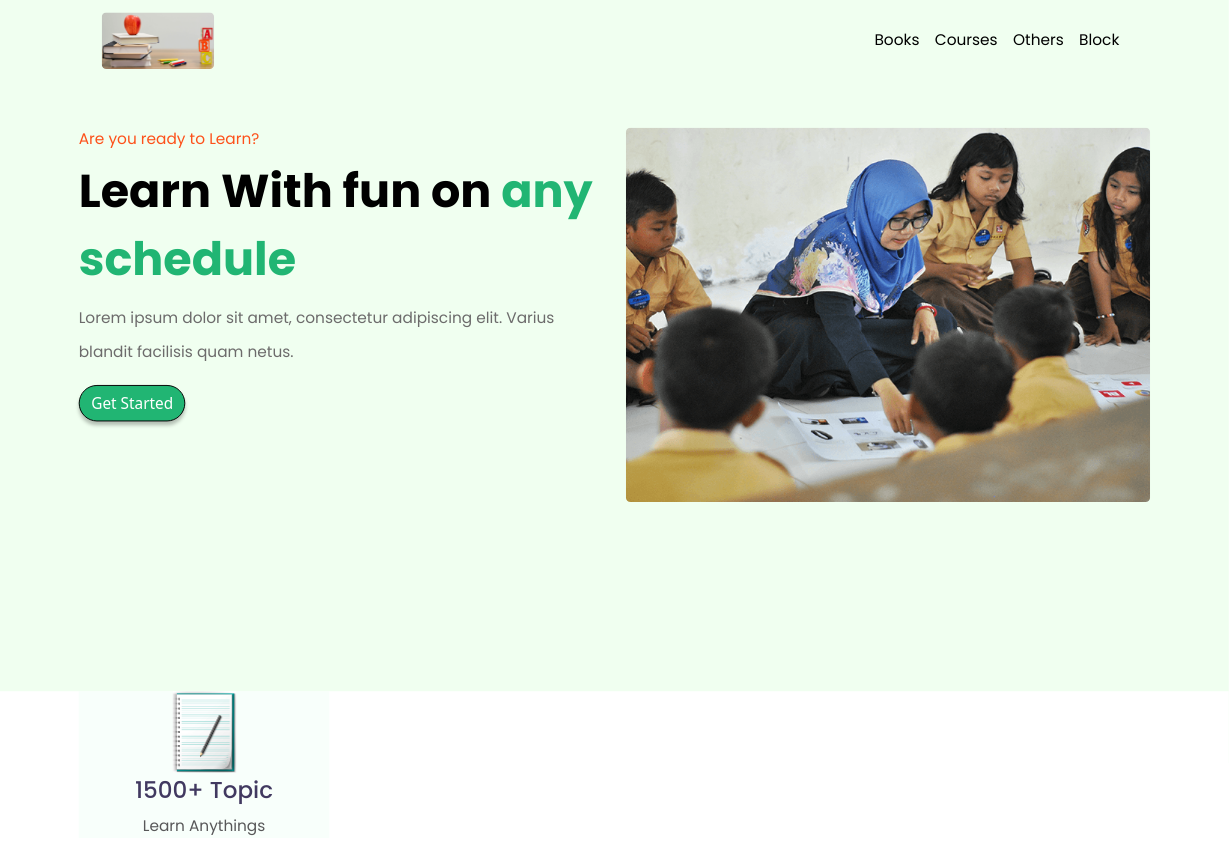
Repository: zjria/Figma-to-E-school
Page: index.html
An editor plug-in stored every save of this project. The page is shown before and after the next save, followed by the edit.
The browser window is 1280 px wide. The pictures show the whole page, at 96% of full size.
Some web libraries are served in a nearby version.

Above is the page before, as saved 2022-05-06 19:54:56.

### index.html
<!doctype html>
<html lang="en">
  <head>
    <!-- Required meta tags -->
    <meta charset="utf-8">
    <meta name="viewport" content="width=device-width, initial-scale=1">
    <title>E-School</title>

    <!-- Google Font family -->
    <link rel="preconnect" href="https://fonts.googleapis.com">
    <link rel="preconnect" href="https://fonts.gstatic.com" crossorigin>
    <link href="https://fonts.googleapis.com/css2?family=Poppins:wght@100;300;400;500;600;700;800;900&display=swap" rel="stylesheet">
    <!-- Bootstrap CSS -->
    <link href="https://cdn.jsdelivr.net/npm/bootstrap@5.0.2/dist/css/bootstrap.min.css" rel="stylesheet">
    <!-- Font awesome -->
    <link rel="stylesheet" href="https://cdnjs.cloudflare.com/ajax/libs/font-awesome/6.1.1/css/all.min.css">
    <!-- custom css -->
    <link rel="stylesheet" href="style.css">
  </head>
  <body>
    <section class="hero-section">
        <div class="container">
            <div class="row">
                <nav class="navbar navbar-expand-md navbar-light">
                    <div class="container-fluid">
                      <a class="navbar-brand" href="#"><img class="img-fluid rounded-3" src="images/logo.png" alt=""></a>
                      <button class="navbar-toggler" type="button" data-bs-toggle="collapse" data-bs-target="#navbarSupportedContent" aria-controls="navbarSupportedContent" aria-expanded="false" aria-label="Toggle navigation">
                        <span class="navbar-toggler-icon"></span>
                      </button>
                      <div class="collapse navbar-collapse" id="navbarSupportedContent">
                        <ul class="navbar-nav me-auto mb-2 mb-lg-0">
                          <li class="nav-item">
                            <a class="nav-link" href="#">Books</a>
                          </li>
                          <li class="nav-item">
                            <a class="nav-link" href="#">Courses</a>
                          </li>
                          <li class="nav-item">
                            <a class="nav-link" href="#">Others</a>
                          </li>
                          <li class="nav-item">
                            <a class="nav-link" href="#">Block</a>
                          </li>
                        </ul>

                      </div>
                    </div>
                  </nav>
            </div>
            <!-- Header Content Section -->
            <div class="row pt-5">
              <div class="col-md-6 hero-content">
                <h5>Are you ready to Learn?</h5>
                <h1>Learn With fun on <span>any schedule</span></h1>
                <p>Lorem ipsum dolor sit amet, consectetur adipiscing elit. Varius blandit facilisis quam netus.</p>
                <a href="" class="btn btn-custom">Get Started</a>
              </div>
              <div class="col-md-6">
                <img src="images/hero-img.png" class="img-fluid rounded-3" alt="">
              </div>
            </div>
        </div>
    </section>

     <!-- Feature -->
     <section class="feature">
      <div class="container">
        <div class="row">
          <div class="col-md-3">
            <div class="feature-content text-center">
              <img src="images/price-1.png" class="img-fluid" alt="">
              <h3>1500+ Topic</h3>
              <p>Learn Anythings</p>
            </div>
          </div>
          <div class="col-md-3"></div>
          <div class="col-md-3"></div>
        </div>
      </div>
     </section>








    <!-- Option 1: Bootstrap Bundle with Popper -->
    <script src="https://cdn.jsdelivr.net/npm/bootstrap@5.0.2/dist/js/bootstrap.bundle.min.js"></script>
  </body>
</html>

### style.css
/* font-family: 'Poppins', sans-serif; */
.hero-section{
    background: #F0FFF0;
    min-height: 100vh;
}
.navbar-light .navbar-nav .nav-link {
    color: rgb(0, 0, 0);
    font-family: 'Poppins', sans-serif;
    font-style: normal;
    font-weight: 400;
    font-size: 16px;
    line-height: 24px;
}
.navbar-light .navbar-nav .nav-link:hover {
    color: #C2B49D;
}
.navbar-brand img{
    width: 15%;
}
.hero-content h5 {
    font-family: 'Poppins';
    font-style: normal;
    font-weight: 400;
    font-size: 16px;
    line-height: 24px;
    color: #FD511A;
}
.hero-content h1 {
    font-family: 'Poppins';
    font-style: normal;
    font-weight: 700;
    font-size: 48px;
    line-height: 70px;
    color: #000000;
}
.hero-content h1 span{
    color: #21B573
}
.hero-content p {
    font-family: 'Poppins';
    font-style: normal;
    font-weight: 400;
    font-size: 16px;
    line-height: 36px;
    color: #6C6B6B;
}
.btn-custom{
    background: #21B573;
    border: 1px solid #000000;
    box-shadow: 0px 4px 4px rgba(0, 0, 0, 0.25);
    border-radius: 33px;
    color: #fff;
}
.feature-content{
    background: #F8FFFB;
}
.feature-content img{
    width: 66px;
    height: 85px;
}
.feature-content h3{
font-family: 'Poppins';
font-style: normal;
font-weight: 500;
font-size: 24px;
line-height: 36px;color: #413960;
}
.feature-content p{
font-family: 'Poppins';
font-style: normal;
font-weight: 400;
font-size: 16px;
line-height: 24px;color: #585859;
}

After the next save:
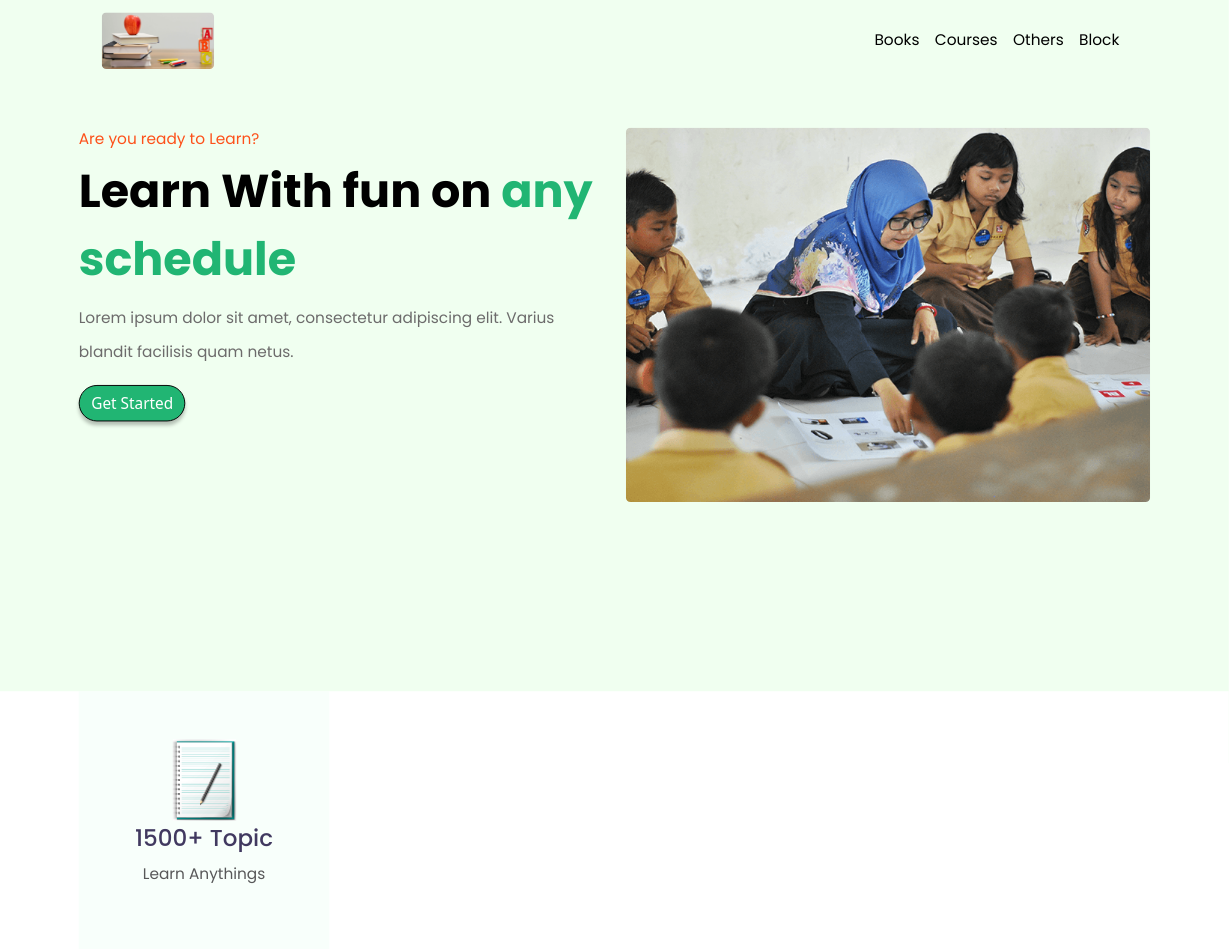
Saved 25 s later.
--- a/style.css
+++ b/style.css
@@ -53,6 +53,7 @@
 }
 .feature-content{
     background: #F8FFFB;
+    padding: 50px 0;
 }
 .feature-content img{
     width: 66px;
